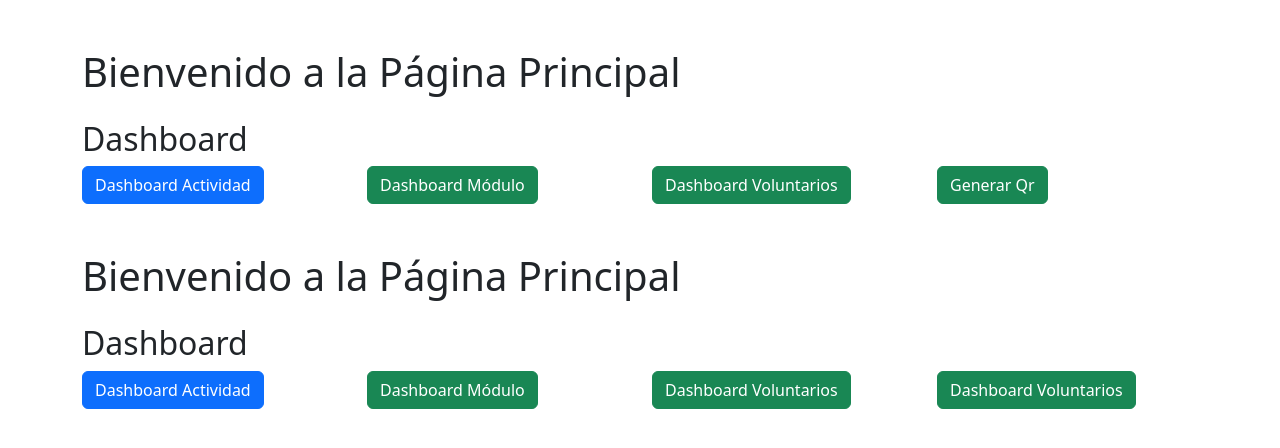
Repository: PTQL/PTQL-API
Page: src/main/resources/templates/PaginaPrincipal.html
These files come from the project's save history. The page is drawn as it stood at one moment and after the next save; the edit follows.
The browser window is 1280 px wide. The pictures show the whole page.

Above is the page before, as saved 2024-06-08 03:30:43.

### src/main/resources/templates/PaginaPrincipal.html
<!DOCTYPE html>
<html lang="es">
<head>
    <meta charset="UTF-8">
    <meta name="viewport" content="width=device-width, initial-scale=1">
    <title>Página Principal</title>
    <link href="https://cdn.jsdelivr.net/npm/bootstrap@5.3.0/dist/css/bootstrap.min.css" rel="stylesheet">
</head>
<body>

<div class="container mt-5">
    <h1>Bienvenido a la Página Principal</h1>

    <!-- Sección de Generar -->
    <div class="mt-4">
        <h2>Dashboard</h2>
        <div class="row">
            <div class="col-md-3">
                <a href="/dashboard_actividad" class="btn btn-primary">Dashboard Actividad</a>
            </div>
            <div class="col-md-3">
                <a href="/dashboard_modulo" class="btn btn-success">Dashboard Módulo</a>
            </div>
            <div class="col-md-3">
                <a href="/dashboard_voluntario" class="btn btn-success">Dashboard Voluntarios</a>
            </div>
            <div class="col-md-3">
                <a href="/generar_qr" class="btn btn-success">Generar Qr</a>
            </div>
        </div>
    </div>
</div>

<script src="https://cdn.jsdelivr.net/npm/bootstrap@5.3.0/dist/js/bootstrap.bundle.min.js"></script>
</body>
</html>
<!DOCTYPE html>
<html lang="es">
<head>
    <meta charset="UTF-8">
    <meta name="viewport" content="width=device-width, initial-scale=1">
    <title>Página Principal</title>
    <link href="https://cdn.jsdelivr.net/npm/bootstrap@5.3.0/dist/css/bootstrap.min.css" rel="stylesheet">
</head>
<body>

<div class="container mt-5">
    <h1>Bienvenido a la Página Principal</h1>

    <!-- Sección de Generar -->
    <div class="mt-4">
        <h2>Dashboard</h2>
        <div class="row">
            <div class="col-md-3">
                <a href="/dashboard_actividad" class="btn btn-primary">Dashboard Actividad</a>
            </div>
            <div class="col-md-3">
                <a href="/dashboard_modulo" class="btn btn-success">Dashboard Módulo</a>
            </div>
            <div class="col-md-3">
                <a href="/dashboard_voluntario" class="btn btn-success">Dashboard Voluntarios</a>
            </div>
            <div class="col-md-3">
                <a href="/dashboard_voluntario" class="btn btn-success">Dashboard Voluntarios</a>
            </div>
        </div>
    </div>
</div>

<script src="https://cdn.jsdelivr.net/npm/bootstrap@5.3.0/dist/js/bootstrap.bundle.min.js"></script>
</body>
</html>

After the next save:
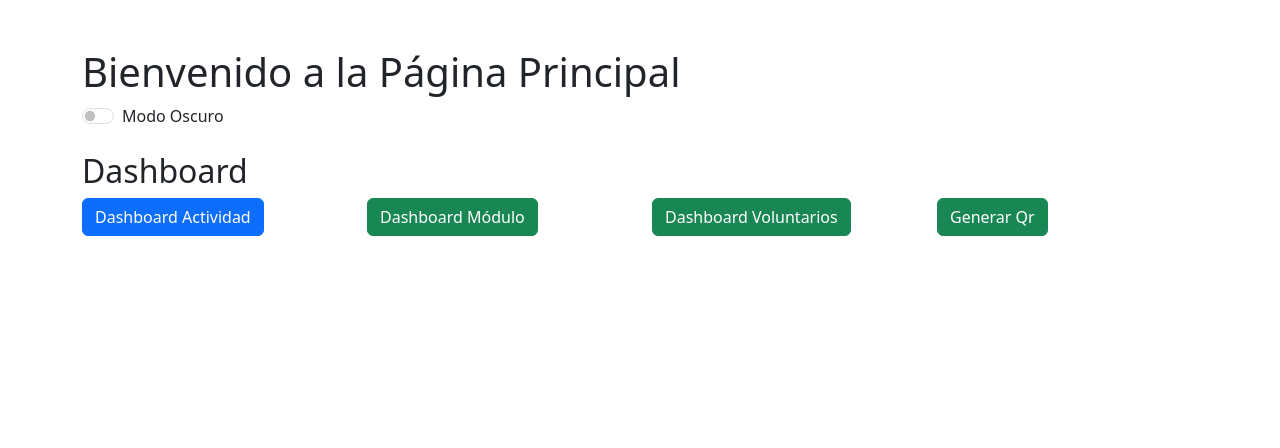
Saved 3 min 52 s later.
--- a/src/main/resources/templates/PaginaPrincipal.html
+++ b/src/main/resources/templates/PaginaPrincipal.html
@@ -1,3 +1,86 @@
+<!DOCTYPE html>
+<html lang="es">
+<head>
+    <meta charset="UTF-8">
+    <meta name="viewport" content="width=device-width, initial-scale=1">
+    <title>Página Principal</title>
+    <link href="https://cdn.jsdelivr.net/npm/bootstrap@5.3.0/dist/css/bootstrap.min.css" rel="stylesheet">
+    <style>
+        body {
+            transition: background-color 0.3s, color 0.3s;
+        }
+        .dark-mode {
+            background-color: #343a40;
+            color: #ffffff;
+        }
+        .btn {
+            transition: transform 0.2s;
+        }
+        .btn:hover {
+            transform: scale(1.05);
+        }
+    </style>
+</head>
+<body>
+
+<div class="container mt-5">
+    <h1>Bienvenido a la Página Principal</h1>
+    <div class="form-check form-switch">
+        <input class="form-check-input" type="checkbox" id="darkModeSwitch">
+        <label class="form-check-label" for="darkModeSwitch">Modo Oscuro</label>
+    </div>
+
+    <!-- Sección de Generar -->
+    <div class="mt-4">
+        <h2>Dashboard</h2>
+        <div class="row">
+            <div class="col-md-3">
+                <button class="btn btn-primary" data-bs-toggle="modal" data-bs-target="#modalActividad">Dashboard Actividad</button>
+            </div>
+            <div class="col-md-3">
+                <button class="btn btn-success" data-bs-toggle="modal" data-bs-target="#modalModulo">Dashboard Módulo</button>
+            </div>
+            <div class="col-md-3">
+                <button class="btn btn-success" data-bs-toggle="modal" data-bs-target="#modalVoluntario">Dashboard Voluntarios</button>
+            </div>
+            <div class="col-md-3">
+                <button class="btn btn-success" data-bs-toggle="modal" data-bs-target="#modalQr">Generar Qr</button>
+            </div>
+        </div>
+    </div>
+</div>
+
+<!-- Modales -->
+<div class="modal fade" id="modalActividad" tabindex="-1" aria-labelledby="modalActividadLabel" aria-hidden="true">
+    <div class="modal-dialog">
+        <div class="modal-content">
+            <div class="modal-header">
+                <h5 class="modal-title" id="modalActividadLabel">Dashboard Actividad</h5>
+                <button type="button" class="btn-close" data-bs-dismiss="modal" aria-label="Close"></button>
+            </div>
+            <div class="modal-body">
+                <a href="/dashboard_actividad" class="btn btn-primary w-100">Ir al Dashboard de Actividad</a>
+            </div>
+        </div>
+    </div>
+</div>
+
+<div class="modal fade" id="modalModulo" tabindex="-1" aria-labelledby="modalModuloLabel" aria-hidden="true">
+    <div class="modal-dialog">
+        <div class="modal-content">
+            <div class="modal-header">
+                <h5 class="modal-title" id="modalModuloLabel">Dashboard Módulo</h5>
+                <button type="button" class="btn-close" data-bs-dismiss="modal" aria-label="Close"></button>
+            </div>
+            <div class="modal-body">
+                <a href="/dashboard_modulo" class="btn btn-success w-100">Ir al Dashboard de Módulo</a>
+            </div>
+        </div>
+    </div>
+</div>
+
+<div class="modal fade" id="modalVoluntario" tabindex="-1" aria-labelledby="modalVoluntarioLabel" aria-hidden="true">
+    <di
 <!DOCTYPE html>
 <html lang="es">
 <head>
